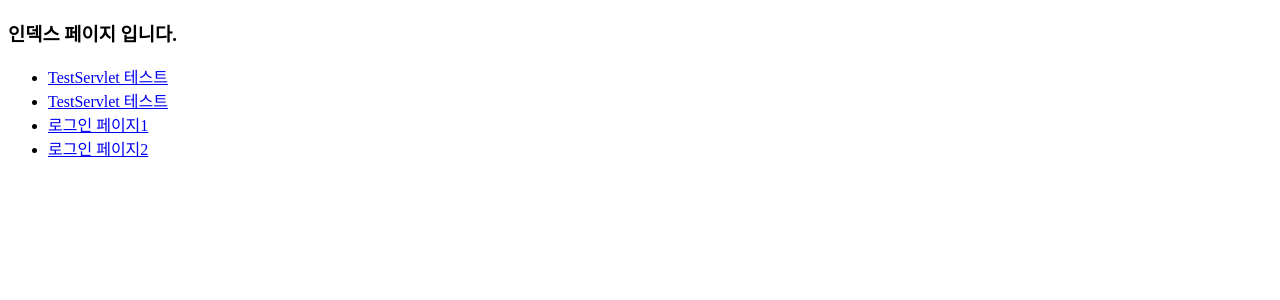
Repository: hyunhee7/web_work
Page: Step03_RequestMethod/WebContent/index.html
These files come from the project's save history. The page is drawn as it stood at one moment and after the next save; the edit follows.
The browser window is 1280 px wide. The pictures show the whole page.

Above is the page before, as saved 2017-06-21 03:08:59.

After the next save:
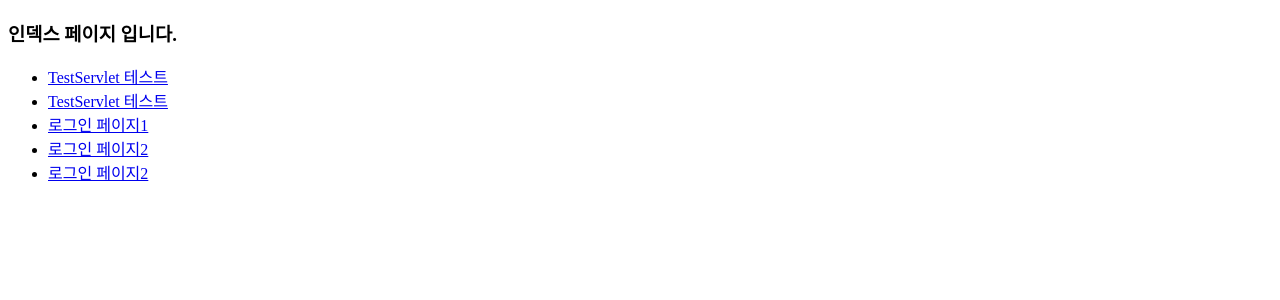
Saved 20 s later.
--- a/Step03_RequestMethod/WebContent/index.html
+++ b/Step03_RequestMethod/WebContent/index.html
@@ -11,6 +11,7 @@
 		<li><a href="test?num=2&name=monkey">TestServlet 테스트</a></li>
 		<li><a href="member/signin_form.html">로그인 페이지1</a></li>
 		<li><a href="member/signin_form2.html">로그인 페이지2</a></li>
+		<li><a href="member/signin_form3.html">로그인 페이지2</a></li>
 		<!-- a 는 무조건 get방식 -->
 	</ul>
 </body>
